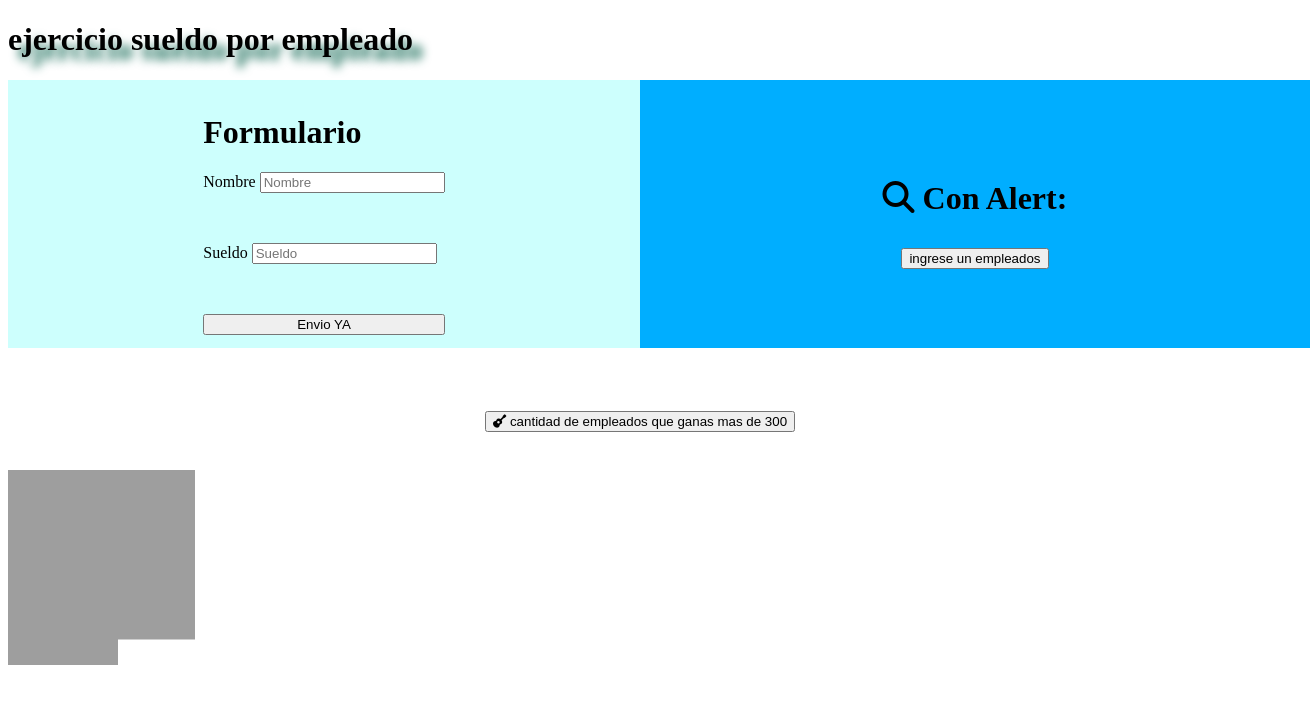
Repository: wolfmarcos/Ej-FormSesionEmpleados
Page: index.html
An editor plug-in stored every save of this project. The page is shown before and after a run of saves, followed by the edit.
The browser window is 1280 px wide. The page is 1310 px wide, so the pictures cover 1310 px, including what lies to the right of the window. The pictures show the whole page.
Pictures or frames that could not be fetched are drawn as grey boxes. Some web libraries are served in a nearby version.

Above is the page before, as saved 2022-08-08 18:58:14.

After the next 3 saves:
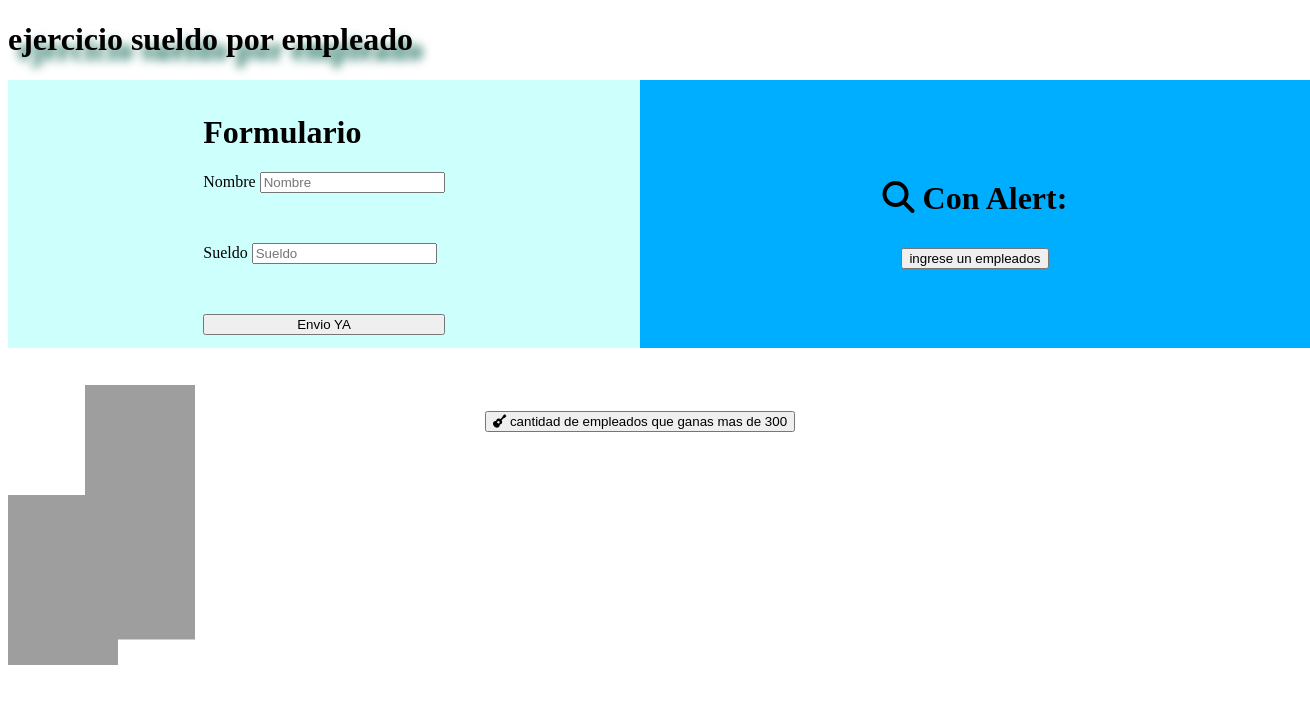
The 3 saves are shown as one change because they came seconds apart.
The last was saved 8 s later.
--- a/ej1.css
+++ b/ej1.css
@@ -255,7 +255,7 @@ position: relative;
    transform: translate(0% ,-15%);
    transition: 0.5s;
  }
-//
+/* 127  */
  @keyframes salta {
 
   50%{transform: translate(140% ,-115%);}
